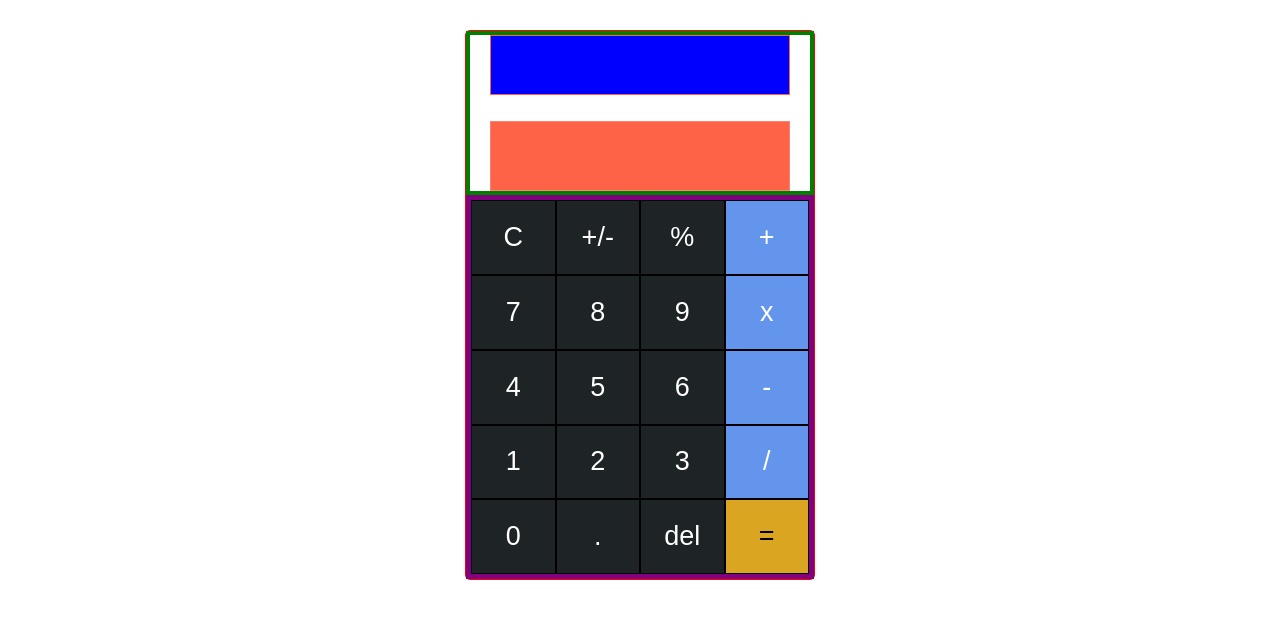
Repository: OfirLana/Calculator
Page: index.html
The author's editor kept a copy of each file at every save. The page is drawn from the files as they stood at one save, then again after the next save.
The browser window is 1280 px wide. The pictures show the whole page.

Above is the page before, as saved 2019-03-12 22:05:23.

After the next save:
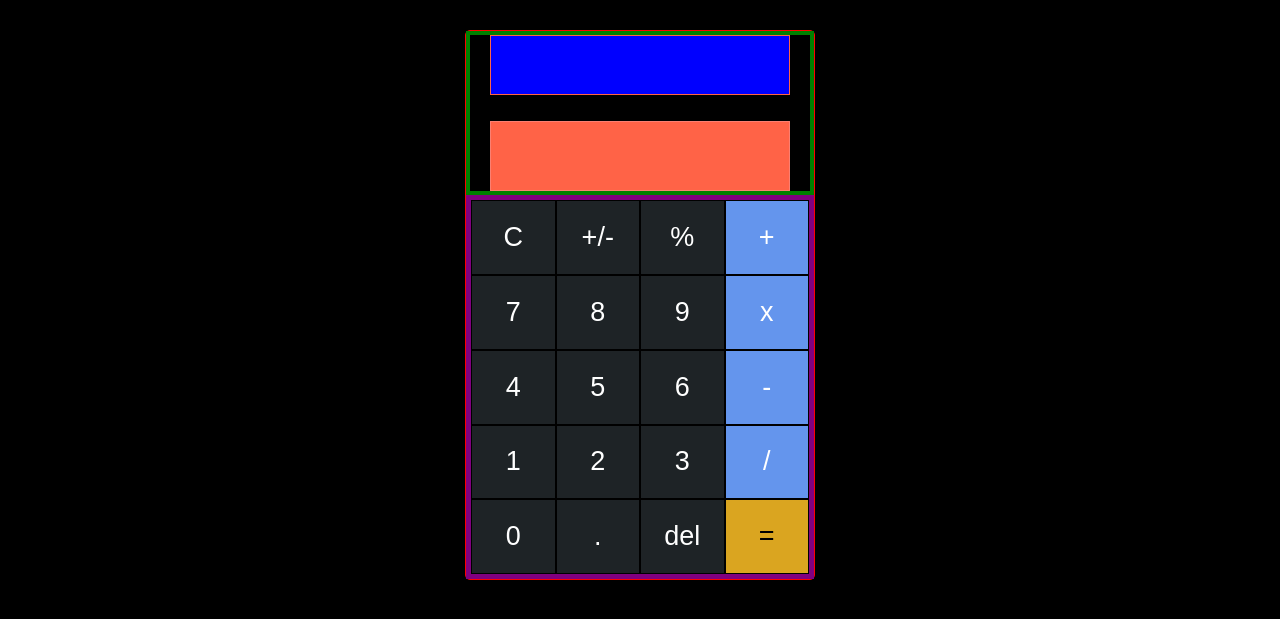
Saved 25 min 5 s later.
--- a/style.css
+++ b/style.css
@@ -13,6 +13,7 @@
     font-size: 1.6rem;
     color: #777;
     padding: 3rem;
+    background:black;
 }
 
 .calculator {

After the 2 saves that followed:
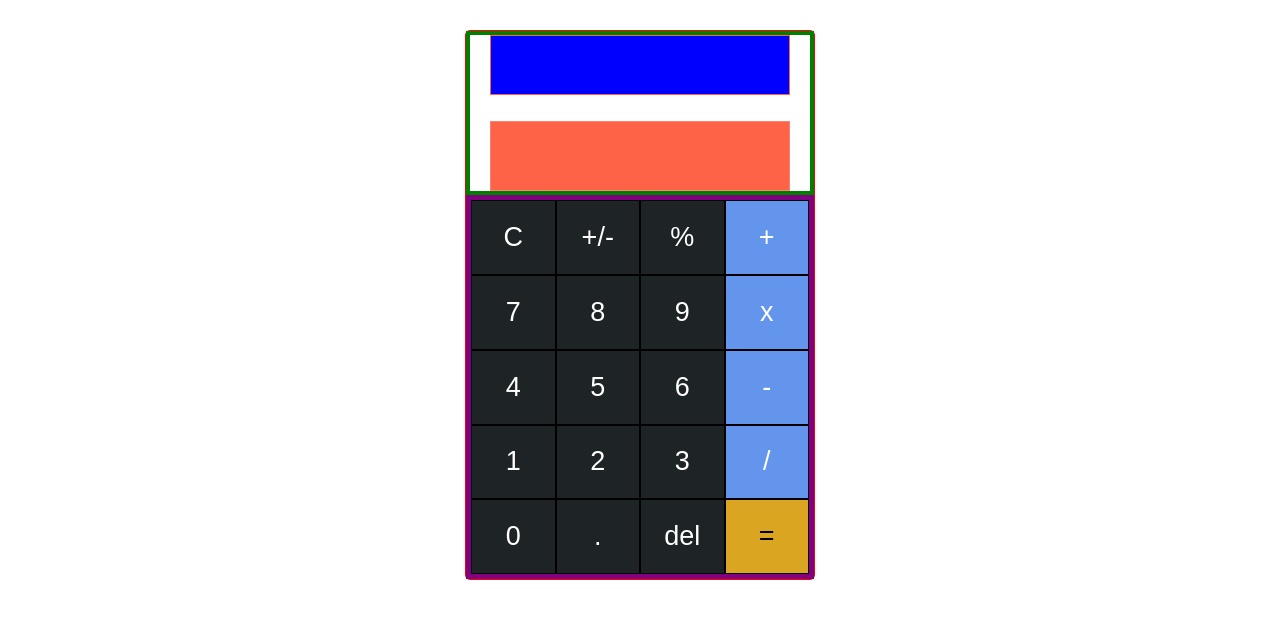
The 2 saves are shown as one change because they came seconds apart.
The last was saved 13 s later.
--- a/style.css
+++ b/style.css
@@ -13,7 +13,7 @@
     font-size: 1.6rem;
     color: #777;
     padding: 3rem;
-    background:black;
+    background:;
 }
 
 .calculator {
